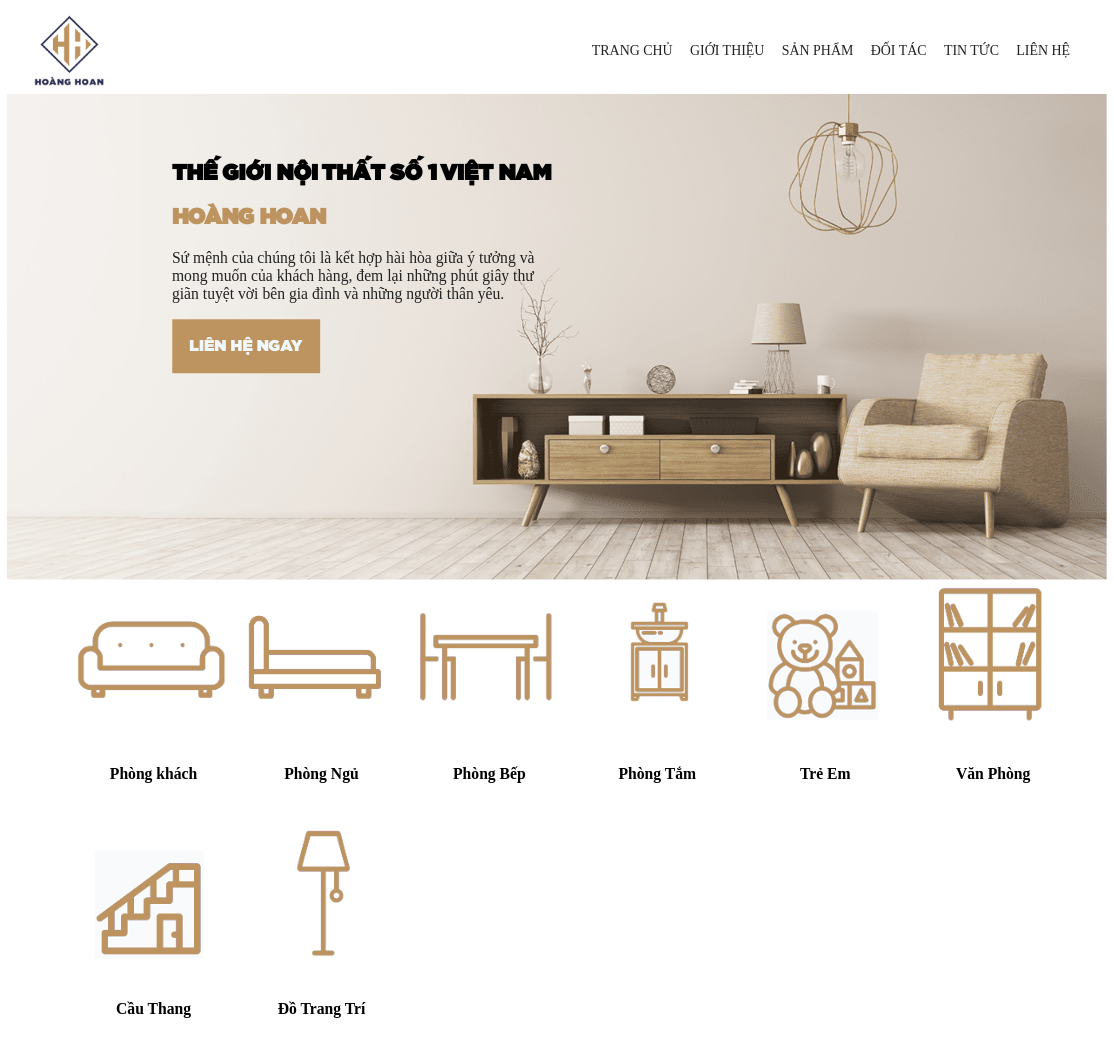
Repository: LDDUNG2003/front_end
Page: index.html
An editor plug-in stored every save of this project. The page is shown before and after the next save, followed by the edit.
The browser window is 1280 px wide. The pictures show the whole page, at 87% of full size.

Above is the page before, as saved 2023-08-28 22:34:47.

### index.html
<!DOCTYPE html>
<html lang="en">

<head>
    <meta charset="UTF-8">
    <meta name="viewport" content="width=device-width, initial-scale=1.0">
    <title>Document</title>
    <link rel="stylesheet" href="./public/css/base.css">
    <link rel="stylesheet" href="./public/css/home.css">
</head>

<body>
    <div class="main">
        <div class="header">
            <div class="navBar">
                <img src="./public/img/logo.png" alt="logo" class="logo">
                <ul class="navBar__list">
                    <li class="navBar__list-item"><a href="" class="navBar__list--link">trang chủ</a></li>
                    <li class="navBar__list-item">
                        <a href="" class="navBar__list--link">giới thiệu</a>
                    </li>
                    <li class="navBar__list-item">
                        <a href="" class="navBar__list--link">sản phẩm</a>
                    </li>
                    <li class="navBar__list-item">
                        <a href="" class="navBar__list--link">đối tác</a>
                    </li>
                    <li class="navBar__list-item">
                        <a href="" class="navBar__list--link">tin tức</a>
                    </li>
                    <li class="navBar__list-item">
                        <a href="" class="navBar__list--link">liên hệ</a>
                    </li>
                </ul>
            </div>
        </div>
        <div class="content">
            <div class="content__banner">
                <div class="content--list-image">
                    <img class="content--image" src="./public/img/banner.png" alt="">
                </div>
                <div class="banner--content">
                    <h2 class="banner--content-text-title">THẾ GIỚI NỘI THẤT SỐ 1 VIỆT NAM</h2>
                    <h2 class="banner--content-text-title" style="color: var(--primary-color)">hoàng hoan</h2>
                    <p class="banner--content-text">Sứ mệnh của chúng tôi là kết hợp hài hòa giữa ý tưởng và mong muốn của khách hàng, đem lại những phút giây thư giãn tuyệt vời bên gia đình và những người thân yêu.</p>
                    <button class="banner--button">LIÊN HỆ NGAY</button>
                </div>
            </div>
            <div class="content__focut">
                <ul class="focut--list">
                    <li class="focut--item">
                        <img src="./public/img/product/icon-phong-khach.png" alt="" class="focut--img">
                        <h6 class="focut--text">Phòng khách</h6>
                    </li>
                    <li class="focut--item">
                        <img src="./public/img/product/icon-phong-ngu.png" alt="" class="focut--img">
                        <h6 class="focut--text">Phòng Ngủ</h6>
                    </li>
                    <li class="focut--item">
                        <img src="./public/img/product/icon-phong-bep.png" alt="" class="focut--img">
                        <h6 class="focut--text">Phòng Bếp</h6>
                    </li>
                    <li class="focut--item">
                        <img src="./public/img/product/icon-phong-tam.png" alt="" class="focut--img">
                        <h6 class="focut--text">Phòng Tắm</h6>
                    </li>
                    <li class="focut--item">
                        <img src="./public/img/product/icon-tre-em.png" alt="" class="focut--img">
                        <h6 class="focut--text">Trẻ Em</h6>
                    </li>
                    <li class="focut--item">
                        <img src="./public/img/product/icon-van-phong.png" alt="" class="focut--img">
                        <h6 class="focut--text">Văn Phòng</h6>
                    </li>
                    <li class="focut--item">
                        <img src="./public/img/product/icon-cau-thang.png" alt="" class="focut--img">
                        <h6 class="focut--text">Cầu Thang</h6>
                    </li>
                    <li class="focut--item">
                        <img src="./public/img/product/icon-do-trang-tri.png" alt="" class="focut--img">
                        <h6 class="focut--text">Đồ Trang Trí</h6>
                    </li>
                </ul>
            </div>
        </div>
        <div class="footer"></div>
</body>

</html>

### public/css/base.css
:root {
    --primary-color: #bd945f;
    --text-color: #222222;
}


/* font setting */

@font-face {
    font-family: "gotham-family";
    src: url(../front/Gotham-Medium.otf);
    font-family: "gotham-linear";
    src: url(../front/Gotham-Thin.otf);
    font-family: "gotham-utral";
    src: url(../front/Gotham-Ultra.otf);
}

* {
    font-family: "gotham-family";
}

.main {
    width: 100%;
}

.header {
    padding: 10px 0px;
    margin: auto;
    width: 100%;
    max-width: 1200px;
}

.navBar {
    display: flex;
    width: 100%;
    justify-content: space-between;
}

.logo {
    height: 80px;
}

.navBar__list {
    display: flex;
    list-style: none;
    align-items: center;
}

.navBar__list-item {
    margin: 0 10px;
}

.navBar__list--link {
    text-transform: uppercase;
    font-size: 16px;
    color: var(--text-color);
    text-decoration: none;
}

### public/css/home.css
.content {
    width: 100%;
    max-width: 1500px;
    margin: auto;
}

.content__banner {
    width: 100%;
    position: relative;
}

.content--list-image {
    width: 100%;
    max-width: 1500px;
    margin: auto;
}

.content--image {
    width: 100%;
}

.banner--content {
    position: absolute;
    top: 10%;
    left: 15%;
}

.banner--content-text-title {
    text-transform: uppercase;
    font-family: 800;
    font-family: "gotham-utral";
    font-size: 25px;
}

.banner--content-text {
    font-size: 18px;
    color: var(--text-color);
    width: 420px;
}

.banner--button {
    padding: 20px;
    color: aliceblue;
    background-color: var(--primary-color);
    border: none;
    font-family: "gotham-utral";
    font-size: 18px;
    cursor: pointer;
}

.content__focut {
    max-width: 1200px;
    width: 100%;
    margin: auto;
}

.focut--list {
    margin: auto;
    display: flex;
    width: 100%;
    list-style: none;
    flex-wrap: wrap;
}

.focut--item {}

.focut--img {}

.focut--text {
    text-align: center;
    font-size: 18px;
}

After the next save:
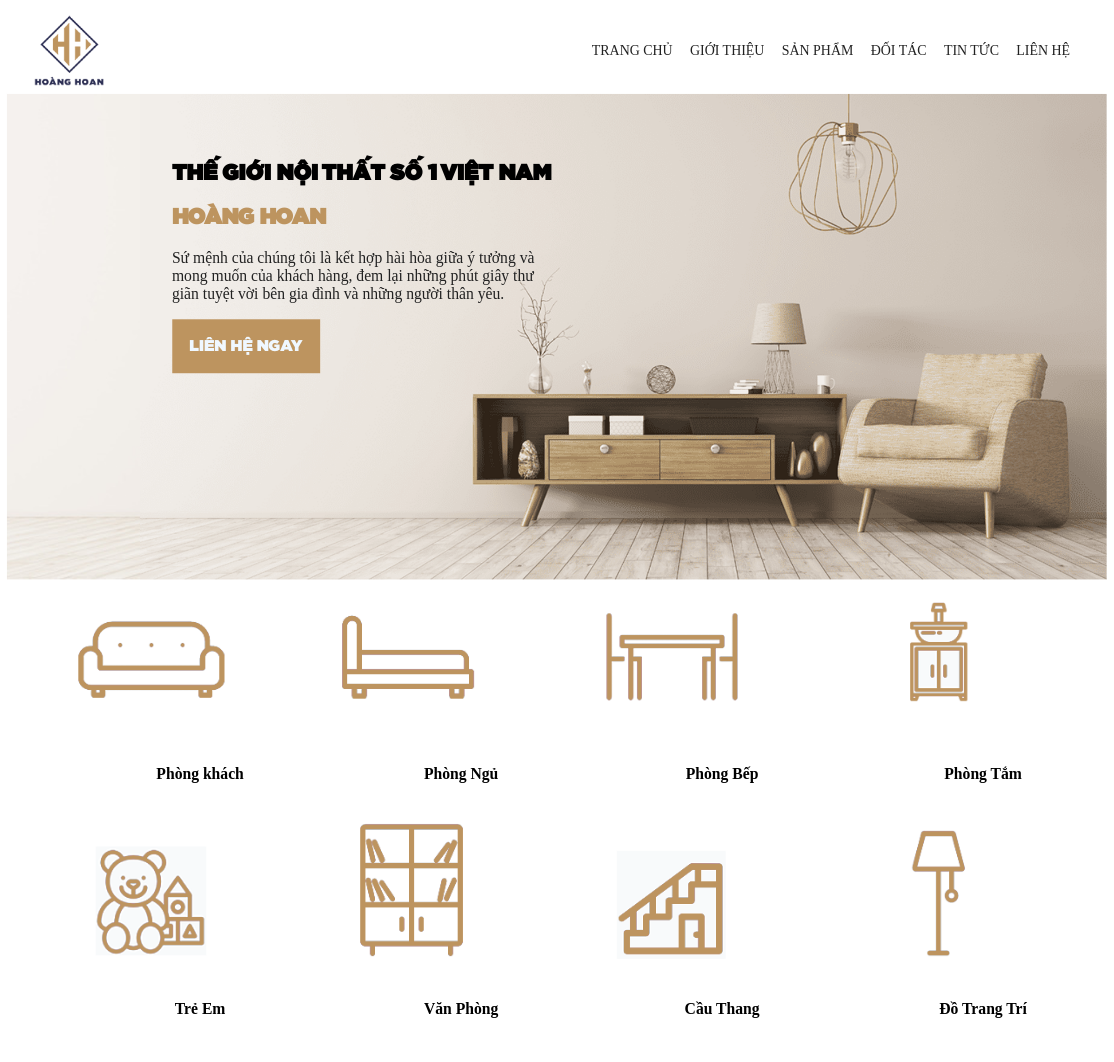
Saved 20 s later.
--- a/public/css/home.css
+++ b/public/css/home.css
@@ -62,7 +62,9 @@
     flex-wrap: wrap;
 }
 
-.focut--item {}
+.focut--item {
+    width: 25%;
+}
 
 .focut--img {}
 
